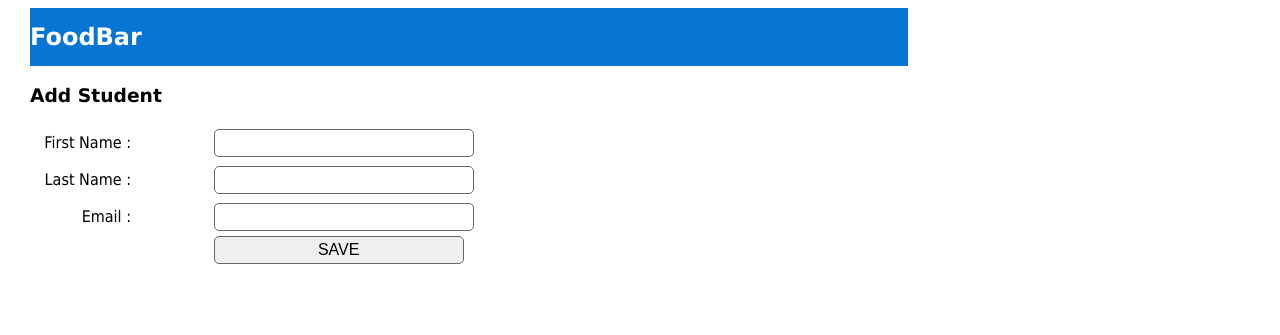
Repository: td2210z/java-jsp
Page: http://localhost/web-student-tracker/add-student-form.jsp
An editor plug-in stored every save of this project. The page is shown before and after the next save, followed by the edit.
The browser window is 1280 px wide. The pictures show the whole page.
The page is served by Tomcat 9.

Above is the page before, as saved 2024-12-05 15:09:04.

After the next save:
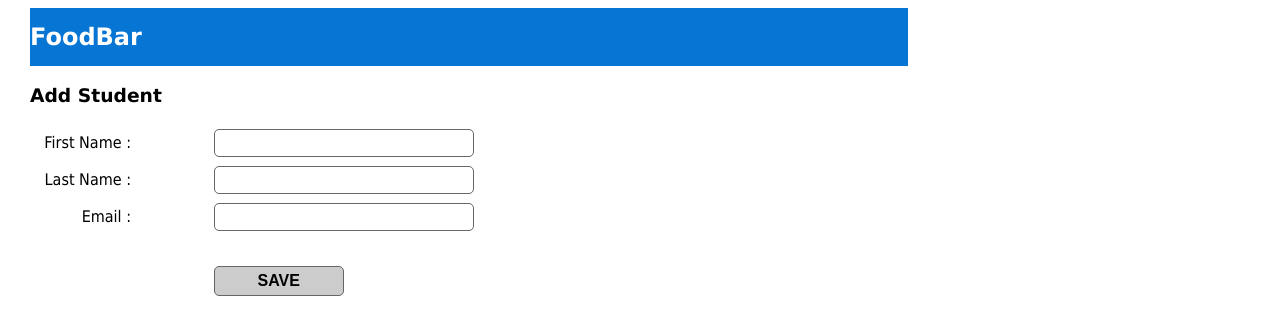
Saved 29 s later.
--- a/src/web-student-tracker/WebContent/add-student-form.jsp
+++ b/src/web-student-tracker/WebContent/add-student-form.jsp
@@ -37,7 +37,7 @@
 
    <tr>
    <td><label></label></td>
-   <td><input type = "submit" value = "SAVE"/></td>
+   <td><input type = "submit" value = "SAVE" class = "save"/></td>
    </tr>
    </tbody>
    </table>
